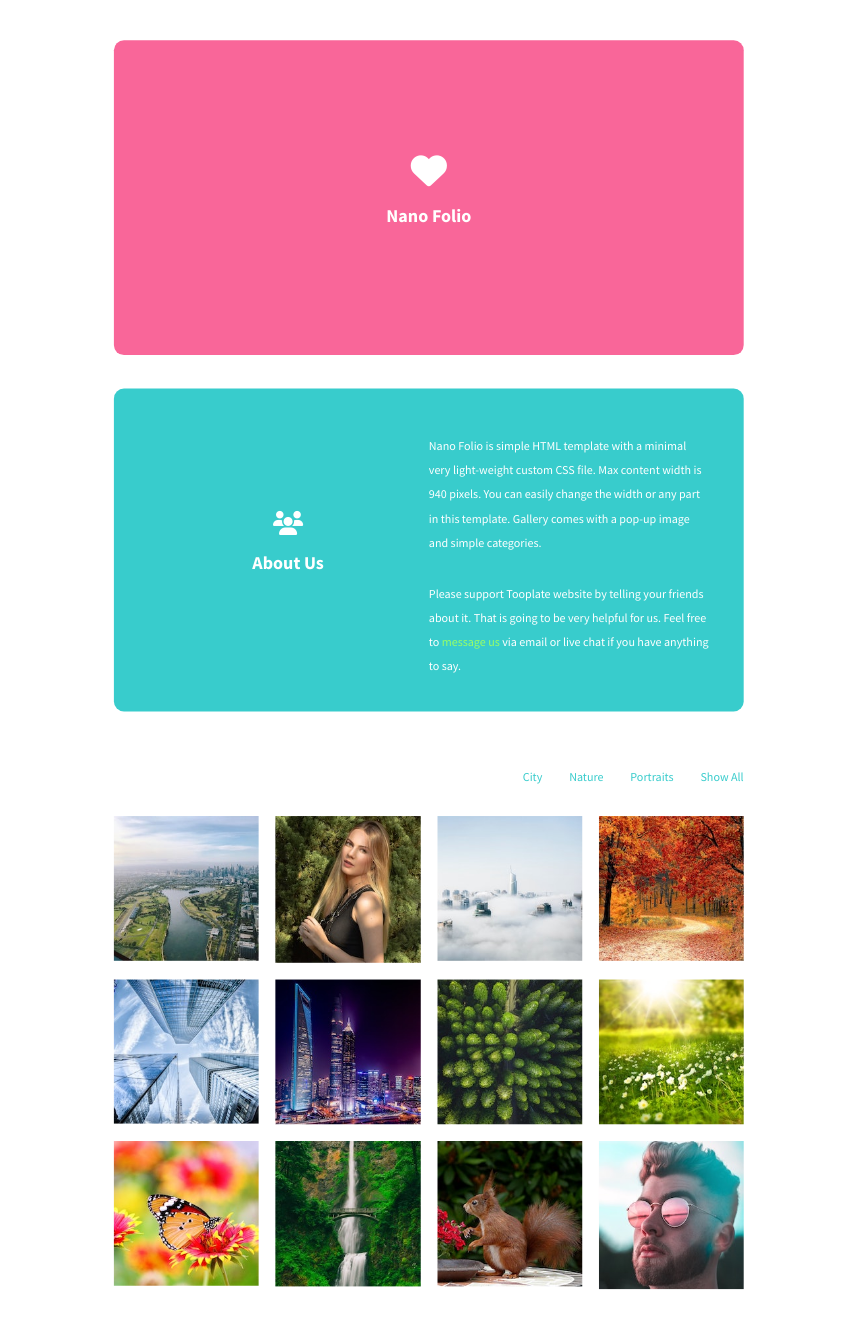
Repository: BuiVanVu102/Tooplate
Page: index.html
The author's editor kept a copy of each file at every save. The page is drawn from the files as they stood at one save, then again after the next save.
The browser window is 1280 px wide. The pictures show the whole page, at 67% of full size.
Some web libraries are served in a nearby version. The style sheet was rebuilt from its Sass, Less or Tailwind sources for each picture, by a compiler version that may differ from the author's.

Above is the page before, as saved 2021-11-16 11:25:58.

### index.html
<!DOCTYPE html>
<html lang="en">
<head>
	<meta charset="UTF-8">
	<meta http-equiv="X-UA-Compatible" content="IE=edge">
	<meta name="viewport" content="width=device-width, initial-scale=1.0">
	<link rel="preconnect" href="https://fonts.googleapis.com">
	<link rel="preconnect" href="https://fonts.gstatic.com" crossorigin>
	<link href="https://fonts.googleapis.com/css2?family=Source+Sans+Pro:wght@400;700&display=swap" rel="stylesheet">
	<link rel="stylesheet" href="./css/app.css">
	<title>Nano Folio - Live View</title>
</head>
<body>
		<div class="wrapper">
			<main>
				<section class="first">
					<div class="container">
						<div class="first__container">
							<i class="fas fa-heart fa-3x"></i>
							<h1 class="first__name">Nano Folio</h1>
						</div>
					</div>
				</section>
				<section class="about">
					<div class="container">
						<div class="about__container">
							<div class="about__heading">
								<i class="fas fa-users fa-2x"></i>
								<h2 class="about__name">
									About Us
								</h2>
							</div>
							<div class="about__desc">
								<p class="about__typography1">
									Nano Folio is simple HTML template with a minimal very light-weight custom CSS file. Max content width is 940 pixels. You can easily change the width or any part in this template. Gallery comes with a pop-up image and simple categories.
								</p>
								<p class="about__typography2">
									Please support Tooplate website by telling your friends about it. That is going to be very helpful for us. Feel free to <a rel="nofollow" href="https://www.tooplate.com/contact" target="_blank" style="color: #99FF66;">message us</a>  via email or live chat if you have anything to say.
								</p>
							</div>
						</div>
					</div>
				</section>
				<section class="show">
					<div class="container">
						<div class="show__container">
							<div class="show__header">
								<ul class="menu">
									<li class="menu__item"><a href="#!">City</a></li>
									<li class="menu__item"><a href="#!">Nature</a></li>
									<li class="menu__item"><a href="#!">Portraits</a></li>
									<li class="menu__item"><a href="#!">Show All</a></li>
								</ul>
							</div>
							<div class="show__list">
								<div class="show__img">
									<img src="./images/city-1.jpg" alt="">
								</div>
								<div class="show__img">
									<img src="./images/human-1.jpg" alt="">
								</div>
								<div class="show__img">
									<img src="./images/city-2.jpg" alt="">
								</div>
								<div class="show__img">
									<img src="./images/nature-1.jpg" alt="">
								</div>
								<div class="show__img">
									<img src="./images/city-3.jpg" alt="">
								</div>
								<div class="show__img">
									<img src="./images/city-4.jpg" alt="">
								</div>
								<div class="show__img">
									<img src="./images/nature-2.jpg" alt="">
								</div>
								<div class="show__img">
									<img src="./images/nature-3.jpg" alt="">
								</div>
								<div class="show__img">
									<img src="./images/nature-4.jpg" alt="">
								</div>
								<div class="show__img">
									<img src="./images/nature-5.jpg" alt="">
								</div>
								<div class="show__img">
									<img src="./images/nature-6.jpg" alt="">
								</div>
								<div class="show__img">
									<img src="./images/human-2.jpg" alt="">
								</div>

							</div>
						</div>
					</div>
				</section>
				<section class="form">
					<div class="container">
						<div class="form__container">
						</div>
					</div>
				</section>
			</main>
		</div>
		<script src="https://kit.fontawesome.com/33b4a28a88.js" crossorigin="anonymous"></script>
</body>
</html>

### sass/app.scss
@import 'variable';
@import 'reset';
@import 'global';
@import 'first';
@import 'about';
@import 'show';

### sass/_variable.scss
$font: 'Source Sans Pro', sans-serif;
$text-color: #ffff;
$title-color: #38cccc;

### sass/_reset.scss
html {
	box-sizing: border-box;
  }
  * {
	margin: 0;
	padding: 0;
  }
  *,
  *:before,
  *:after {
	box-sizing: border-box;
  }
  input,
  textarea,
  select,
  button {
	outline: none;
  }
  input {
	line-height: normal;
  }
  label,
  button {
	cursor: pointer;
  }
  a {
	text-decoration: none;
  }
  img {
	display: block;
	max-width: 100%;
  }

### sass/_global.scss
body {
	line-height: 2em;
	color: $font;
	font-size: 18px;
	font-family: $font;
	font-weight: 400;
	background-color: white;
	overflow-x: hidden;
}

.wrapper {
	max-width: 100%;
	margin: 0 auto;
}
.container {
	width: 100%;
	max-width: 970px;
	margin: 0 auto;
	padding: 0px 15px;
}

### sass/_first.scss
.first {
	margin-top: 60px;
	&__container{
		display: flex;
		flex-direction: column;
		justify-content: center;
		align-items: center;
		border-radius: 15px;
		max-width: 940px;
		height: 470px;
		background-color: #f96699;
		color: white;
		margin-bottom: 50px;

	}
	&__name {
		margin: 22px 0;
	}
}
.fa-hear:before {
	content: "\f004";
}

### sass/_about.scss
.about {
	margin-top: 0px;
	&__container {
		display: flex;
		justify-content: center;
		align-items: center;

		padding: 50px 50px;
		margin-bottom: 80px;

		height: 482px;
		max-width: 940px;
		background-color: #38cccc;
		color: white;

		border-radius: 15px;
	}
	&__heading {
		display: flex;
		flex-direction: column;
		align-items: center;
		justify-content: center;

		min-width: 420px;
	}
	&__name {
		margin:  22px 0;
		font-size: 1.5em;
		font-weight: bold;
	}
	&__decs {
		display: flex;
		flex-direction: column;
		justify-content: center;
		align-items: center;
	}
	&__typography1 {
		display: block;
		margin: 18px 0 40px;
		font: 18px;
	}
	&__typography2 {
		display: block;
		margin: 18px 0 0;
		font: 18px;
	}
}
.fa-user:before {
	content: "\f0c0";
}

### sass/_show.scss
.show {
	margin-bottom: 80px;
	&__container {
		display: block;
	}
	&__header {
		display: flex;
		justify-content: flex-end;
		align-items: center;
		margin-bottom: 40px;
		color: #38CCCC;
	}
	&__list {
		display: grid;
		grid-template-columns: repeat(4, 1fr);
		gap: 25px;

		position: relative;
	}
	&__img {
		border-radius: 2rem;
	}

}

.menu {
	list-style: none;
	display: flex;
	align-items: center;
	gap: 0 40px;


	&__item a {
		color: inherit;
		font-size: 18px;
	}
	&__item a:focus{
		color: #f96699;
	}
}

After the next save:
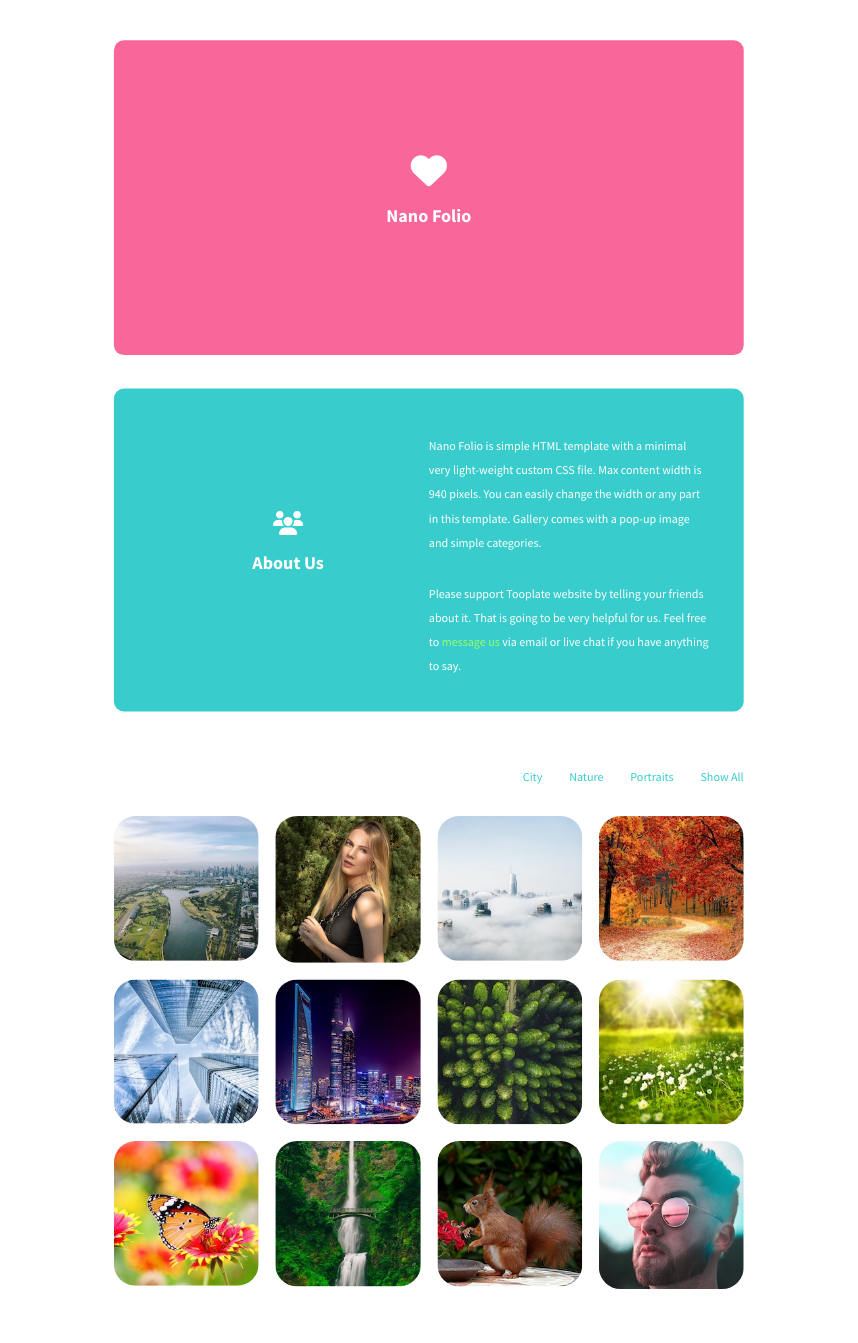
Saved 10 s later.
--- a/sass/_show.scss
+++ b/sass/_show.scss
@@ -17,7 +17,7 @@
 
 		position: relative;
 	}
-	&__img {
+	&__img img{
 		border-radius: 2rem;
 	}
 
